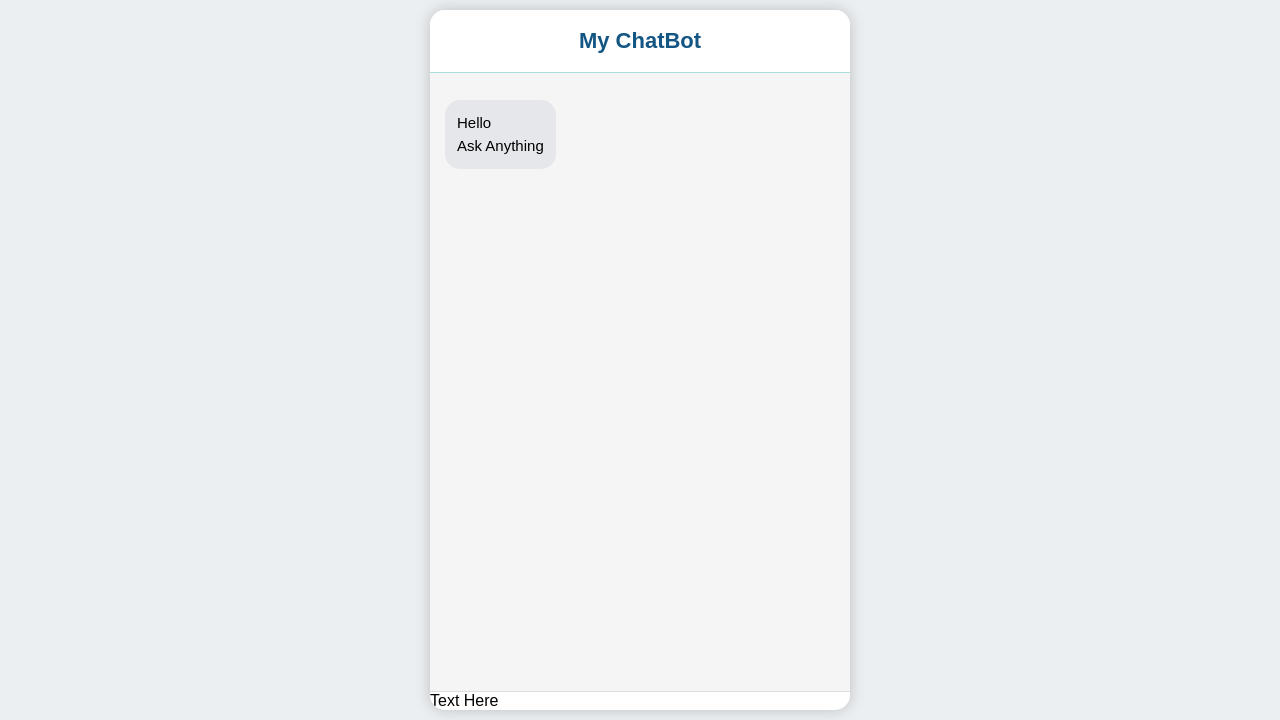
Repository: nt269782-web/Offline-ChatBot
Page: front.html
These files come from the project's save history. The page is drawn as it stood at one moment and after a run of saves; the edit follows.
The browser window is 1280 px wide. The pictures show the whole page.

Above is the page before, as saved 2026-07-08 12:47:13.

After the next 3 saves:
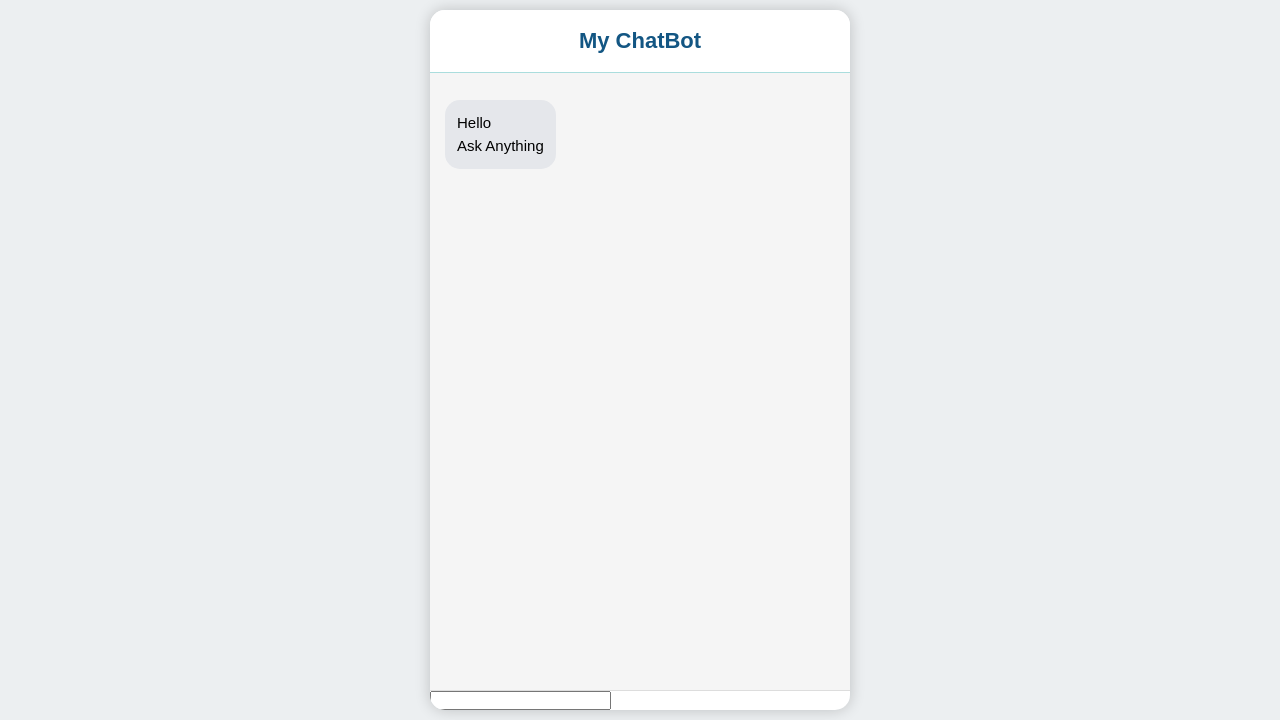
The 3 saves are shown as one change because they came seconds apart.
The last was saved 38 s later.
--- a/front.html
+++ b/front.html
@@ -111,7 +111,7 @@
     </div>
 
     <div class="input-area">
-        Text Here
+        <input type="text">
         </div>
 
 
